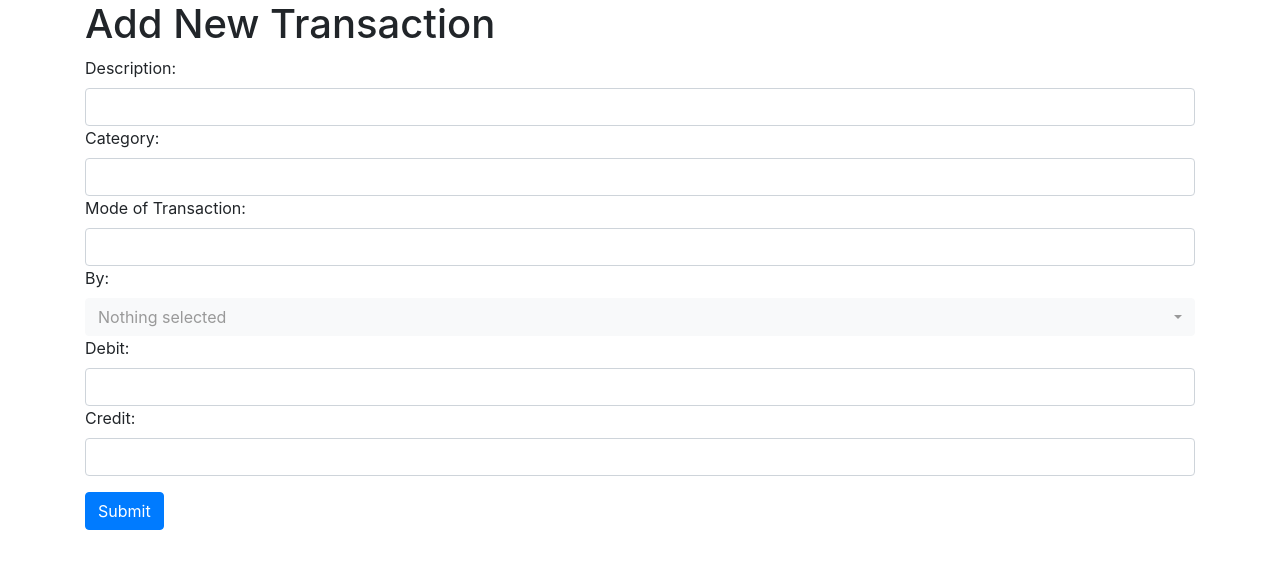
Repository: yucheng91/CI3-expenses-manager
Page: http://localhost/new-transaction/
The author's editor kept a record of every edit. The page is drawn from the files as they stood at one moment, then again after the next edit.
The browser window is 1280 px wide. The pictures show the whole page.
The page is served by the project's application, run on Flask 3 (app.py).

Above is the page before.

After the next edit:
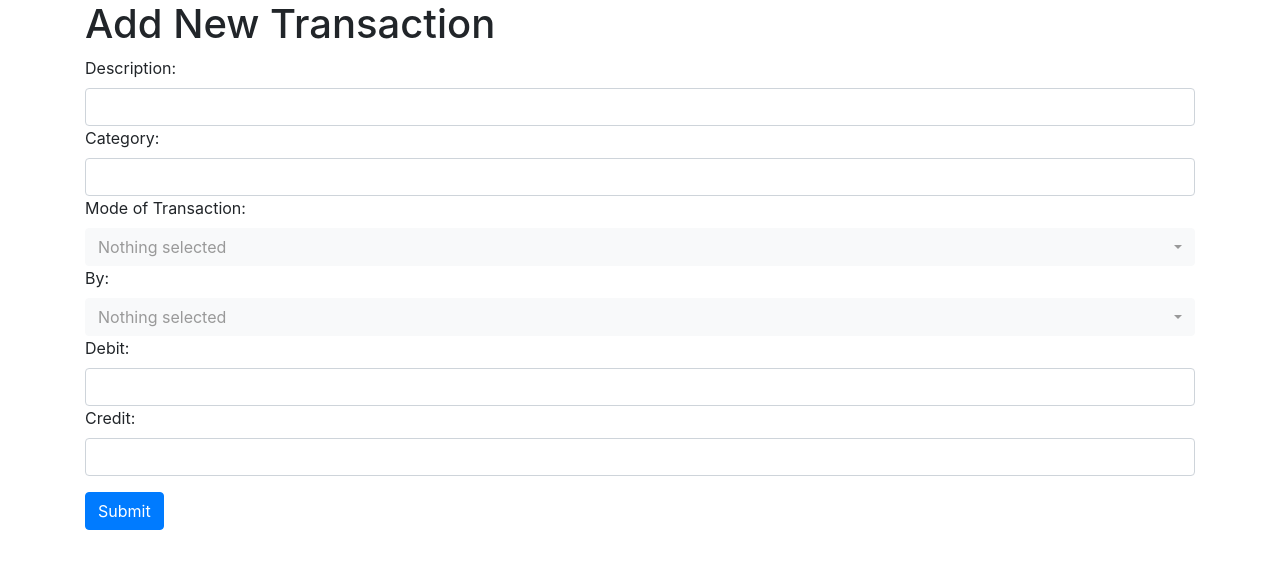
The edit:
--- a/templates/new_transaction.html
+++ b/templates/new_transaction.html
@@ -30,7 +30,11 @@
                 <label class='label'>
                       Mode of Transaction:
                   </label>
-                <input type='text' class='form-control' name='mode'>
+                <select name='mode' class='form-control selectpicker' data-live-search="true">
+                  {%for d in mode %}
+                  <option value='{{ d['id'] }}' {%if d['id'] == modeid %}selected='selected'{%endif%}>{{ d['name'] }}</option>
+                       {%endfor%}
+              </select>
                 <label class='label'>
                       By:
                   </label>
